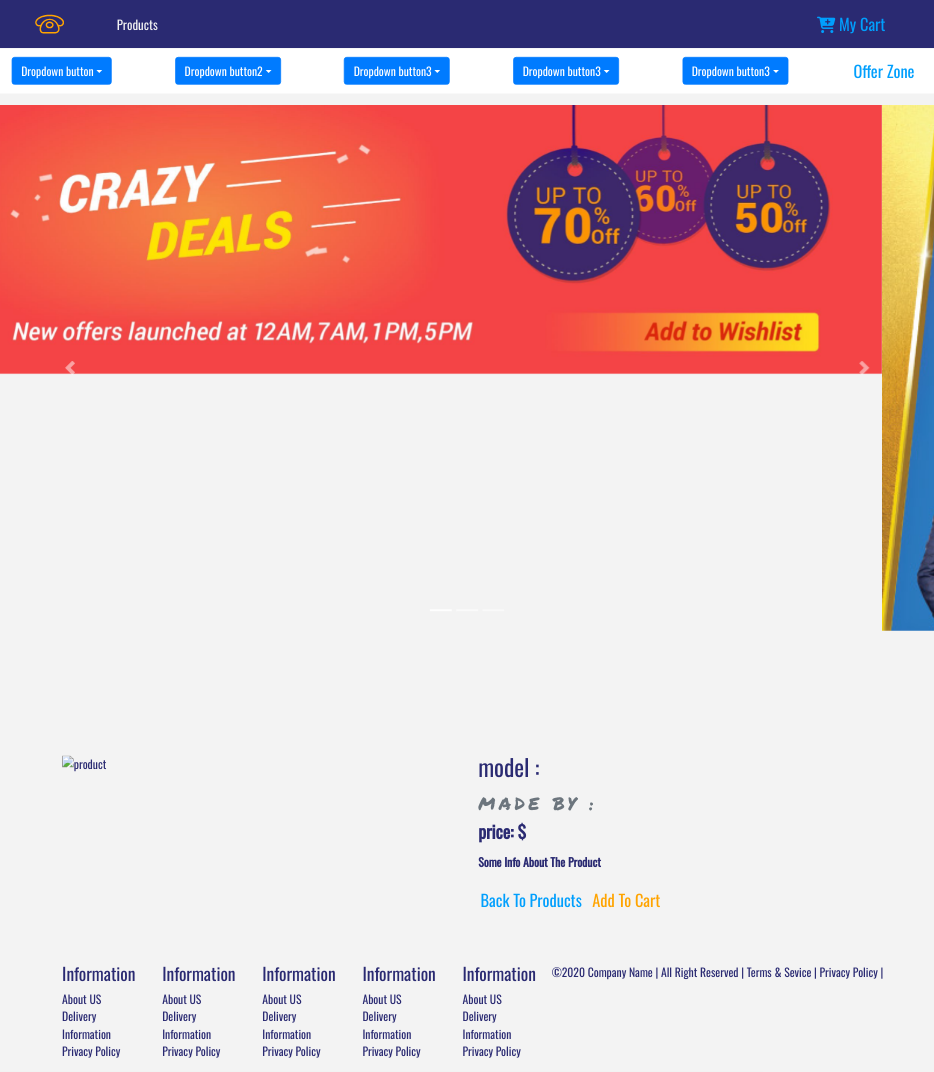
Repository: aditya1068/Online-Store
Page: /details
The author's editor kept a copy of each file at every save. The page is drawn from the files as they stood at one save, then again after the next save.
The browser window is 1280 px wide. The pictures show the whole page, at 73% of full size.
Some web libraries are served in a nearby version. The project was rebuilt for these pictures with package versions that can differ from the ones it lists, and the page was loaded fresh each time. Also part of the build but not shown: src/components/Products.js, src/components/Title.js, src/components/ProductsList.js, src/components/Cart.js, src/components/Default.js.

Above is the page before, as saved 2020-04-02 22:37:59.

### public/index.html
<!DOCTYPE html>
<html lang="en">
  <head>
    <meta charset="utf-8" />
    <link rel="icon" href="%PUBLIC_URL%/favicon.ico" />
    <meta name="viewport" content="width=device-width, initial-scale=1" />
    <meta name="theme-color" content="#000000" />
    <meta
      name="description"
      content="Web site created using create-react-app"
    />
    <link rel="apple-touch-icon" href="%PUBLIC_URL%/logo192.png" />
    <!--
      manifest.json provides metadata used when your web app is installed on a
      user's mobile device or desktop. See https://developers.google.com/web/fundamentals/web-app-manifest/
    -->
    <link rel="manifest" href="%PUBLIC_URL%/manifest.json" />
    <!--
      Notice the use of %PUBLIC_URL% in the tags above.
      It will be replaced with the URL of the `public` folder during the build.
      Only files inside the `public` folder can be referenced from the HTML.

      Unlike "/favicon.ico" or "favicon.ico", "%PUBLIC_URL%/favicon.ico" will
      work correctly both with client-side routing and a non-root public URL.
      Learn how to configure a non-root public URL by running `npm run build`.
    -->
    <!--Google Fonts-->
    <link href="https://fonts.googleapis.com/css?family=Oswald|Permanent+Marker&display=swap" rel="stylesheet">

    <!--Font Awesome-->
    <script src="https://kit.fontawesome.com/7ff98d2d13.js" crossorigin="anonymous"></script>
    <title>Store</title>
  </head>
  <body>
    <noscript>You need to enable JavaScript to run this app.</noscript>
    <div id="root"></div>
    <!--
      This HTML file is a template.
      If you open it directly in the browser, you will see an empty page.

      You can add webfonts, meta tags, or analytics to this file.
      The build step will place the bundled scripts into the <body> tag.

      To begin the development, run `npm start` or `yarn start`.
      To create a production bundle, use `npm run build` or `yarn build`.
    -->
  </body>
</html>

### src/index.js
import React from 'react';
import ReactDOM from 'react-dom';
import './index.css';
import 'bootstrap';
//import 'bootstrap/dist/css/bootstrap.css';
//import 'bootstrap/dist/js/bootstrap.js';
import App from './App';
import { BrowserRouter as Router } from 'react-router-dom';
import {ProductProvider } from './context';
import * as serviceWorker from './serviceWorker';

ReactDOM.render(
    <ProductProvider>

    <Router>
    <App/>
    </Router>

    </ProductProvider>,



 document.getElementById('root'));

// If you want your app to work offline and load faster, you can change
// unregister() to register() below. Note this comes with some pitfalls.
// Learn more about service workers: https://bit.ly/CRA-PWA
serviceWorker.unregister();

### src/App.js
import React, { Component } from "react";
import {Route,Switch} from 'react-router-dom';
import { BrowserRouter as  Router} from 'react-router-dom';
import './App.css';
import "bootstrap/dist/css/bootstrap.min.css";
import Navbar from "./components/Navbar";
import Navbar1 from "./components/Navbar1";
import ProductsList from "./components/ProductsList";
import Details from "./components/Details";
import Cart from "./components/Cart";
import Default from "./components/Default";
import Modal from './components/Modal';
import Slider from "./components/Slider";
import Footer from "./components/Footer";

class App extends Component {
  render() {
    return(

      <Router>
        <Navbar />
        <Navbar1 />
        <Slider />
          <Switch>
            <Route path ="/" exact component ={
              () => (<ProductsList></ProductsList>)
            } />

            <Route path ="/details" exact component ={
              () => (<Details></Details>)
             } />

            <Route path ="/cart" exact component ={
              () => (<Cart></Cart>)
            } />

              <Route  component ={
              () => (<Default></Default>)
            } />

              </Switch>

            <Modal />
            <Footer />
  </Router>

    );
  }
}

export default App;

### src/context.js
import React, { Component } from 'react';
import { storeProducts, detailProduct } from './data';

const ProductContext = React.createContext();
// Provider
// Consumer

class ProductProvider extends Component {
   state = {
     products: [],
     detailProduct: detailProduct,
     cart: [],
     modalOpen: false,
     modalProduct: detailProduct,
     cartSubTotal: 0,
     cartTax: 0,
     CartTotal: 0,
   };

   componentDidMount() {
     this.setProducts();
   }

   setProducts = () => {
     let tempProducts = [];
     storeProducts.forEach(item => {
       const singleItem = { ...item };
       tempProducts = [...tempProducts, singleItem];
     });
     this.setState(() => {
       return { products: tempProducts };
     });
   };

    getItem = (id) => {
      const product = this.state.products.find(item => item.id === id);
      return product;
    };

   handleDetail =(id) => {
     const product = this.getItem(id);
     this.setState(() => {
       return { detailProduct:product };
     });
   };

 addToCart =(id) => {
   let tempProducts = [...this.state.products];
   const index = tempProducts.indexOf(this.getItem(id));
   const product = tempProducts[index];
   product.inCart = true;
   product.count = 1;
   const  price  = product.price;
   product.total = price;
   this.setState(() => {
     return { products: tempProducts, cart: [...this.state.cart, product] };
   },
   () => {
     this.addTotals();
   });
 };

    openModal = id => {
      const product = this.getItem(id);
      this.setState(() => {
        return { modalProduct: product, modalOpen: true };
      });
    }

closeModal = () => {
  this.setState(() => {
    return { modalOpen: false };
  });
};

increment = (id) => {
  let tempCart = [...this.state.cart];
  const selectedProduct = tempCart.find(item=>item.id === id);

  const index = tempCart.indexOf(selectedProduct);
  const product = tempCart[index];

  product.count += 1;
  product.total = product.count * product.price;

  this.setState(() => {
    return { cart: [...tempCart] };
  },
  () => {
    this.addTotals();
  });
}

decrement = (id) => {
  let tempCart = [...this.state.cart];
  const selectedProduct = tempCart.find(item => item.id === id);

  const index = tempCart.indexOf(selectedProduct);
  const product = tempCart[index];
  product.count = product.count - 1;
  if (product.count === 0) {
    this.removeItem(id);
  } else {
    product.total = product.count * product.price;
    this.setState(() => {
      return { cart: [...tempCart] };
    },
    () => { this.addTotals(); });
  }
};

removeItem = (id) => {
  const tempProducts = [...this.state.products];
  let tempCart = [...this.state.cart];

  tempCart = tempCart.filter(item => item.id !== id);
  const index = tempProducts.indexOf(this.getItem(id));
  const removedProduct = tempProducts[index];
  removedProduct.inCart = false;
  removedProduct.Count = 0;
  removedProduct.total = 0;
  this.setState(() => {
    return {
      cart: [...tempCart],
      products: [...tempProducts],
    };
  });
}

clearCart =() => {
  this.setState(() => {
    return { cart: [] };
  }, () => {
    this.setProducts();
    this.addTotals();
  });
};

addTotals =() => {
  let subTotal = 0;
  this.state.cart.map(item => (subTotal += item.total));
  const tempTax = subTotal * .18;
  const tax = parseFloat(tempTax.toFixed(1));
  const total = subTotal + tax;
  this.setState(() => {
    return {
      cartSubTotal: subTotal,
      cartTax: tax,
      CartTotal: total,
    };
  });
};

render() {
  return (
    <ProductContext.Provider value={{
      ...this.state,
      handleDetail: this.handleDetail,
      addToCart: this.addToCart,
      openModal: this.openModal,
      closeModal: this.closeModal,
      increment: this.increment,
      decrement: this.decrement,
      removeItem: this.removeItem,
      clearCart: this.clearCart,
    }}
    >
      {this.props.children}
    </ProductContext.Provider>
  );
}
}


const ProductConsumer = ProductContext.Consumer;

export { ProductProvider, ProductConsumer };

### src/App.css
:root{
  --mainBlue: #2a2a72;
  --lightBlue: #009ffd;
  --mainWhite: #f3f3f3;
  --mainDark: #232528;
  --mainYellow: #ffa400;
}
body{
    font-family: 'Oswald', sans-serif !important;
    background: var(--mainWhite)!important;
    color: var(--mainBlue)!important ;
}
.text-title{
font-family: 'Permanent Marker', cursive;
letter-spacing: 0.3rem;
text-transform: uppercase;
}
.text-blue{
  color: var(--mainBlue);
}
.text-bright{
  color: var(--lightBlue);
}
.btn-black{
  background: transparent;
  text-transform: capitalize;
  font-size: 0.6rem !important;
  color: var(--mainDark);
  border-radius: 0 !important;
  border: 0.1rem solid var(--mainDark) !important;
}

.btn-black:hover{
  background: var(--mainDark) !important;
  color: var(--mainWhite) !important;
}

.cart-icon{
  cursor: pointer;
  font-size: 1.2rem;
  color: var(--mainYellow);
}

### src/components/Navbar.js
import React, { Component } from 'react';
import {Link} from 'react-router-dom';
import logo from "../logo.svg";
import styled from "styled-components";
import {ButtonContainer} from  './button';
export default class Navbar extends Component{
    render(){
        return(

           <NavWrapper className="navbar navbar-expand-sm navbar-dark  px-sm-5">
               { /*
                https://www.iconfinder.com/icons/1243689/call_phone_icon
                Creative Commons (Attribution 3.0 Unported);
               https://www.iconfinder.com/Makoto_msk */}
    <Link to ='/' >
     <img src={logo} alt = "store" className="navbar-brand" />
    </Link>
    <ul className= "navbar-nav align-items-center">
        <li className="nav-item ml-5">
        <Link to= "/" className= "nav-link">
            products
            </Link>
            </li>
        </ul>
        <Link to= '/Cart' className="ml-auto">

        <ButtonContainer>
            <span className ="mr-2">
                <i className="fas fa-cart-plus"></i>  my cart
                </span> </ButtonContainer>
        </Link>
            </NavWrapper>
        );
    }
}

const NavWrapper =styled.nav`
background: var(--mainBlue);
.nav-link{
    color:var(--mainWhite)!important;
    font-size: 1.1rem;
    text-transform: capitalize;
}
`;

### src/components/Details.js
import React, { Component } from 'react';
import {ProductConsumer} from '../context';
import {Link} from 'react-router-dom';
import {ButtonContainer} from './button';
export default class Details extends Component{
    render(){
        return(

            <ProductConsumer>
                {(value)=>{
                    const {id,company,img,info,price,title,inCart}=
                    value.detailProduct;
                    return(
                        <div className="container py-5">
                            {/*title */}
                            <div className="row">
                                <div className="col-10 mx-auto text-center text-slanted text-blue my-5">
                                    <h1>{title}</h1>
                                    </div>
                            </div>

                            {/*end title */}
                            {/*Product info */}
                            <div className="row">
                                <div className="col-10 mx-auto col-md-6 my-3">

                                 <img src={img} className="img-fluid" alt="product"/>
                                </div>
                                {/* Product text */}
                                <div className="col-10 mx-auto col-md-6 my-3  text-capitalise">
                                    <h2>model :{title}</h2>
                                    <h4  className="text-title text-upercase text-muted mt-3 mb-2">
                                   made by : <span className="text-uppercase">
                                       {company}</span>  </h4>
                                       <h4 className="text-blue">
                                           <strong>
                                               price: <span>$</span>
                                          {price}
                                           </strong>
                                  </h4>
                                <p className="text-capitalize font-weight-bold mt-3 mb-0">
                                    some info about the product
                                </p>
                                <p className="text-muted lead">{info}</p>
                                {/* buttons */}
                                <div>
                                    <Link to="/">
                                        <ButtonContainer>back to products</ButtonContainer>
                                    </Link>
                                    <ButtonContainer cart
                                     disabled={inCart ? true : false}
                                     onClick={()=>{
                                        value.addToCart(id);
                                        value.openModal(id);
                                     }}
                                     >
                                        {inCart ? "inCart": "add to cart"}
                                    </ButtonContainer>

                                </div>
                            </div>
                        </div>
                        </div>
                    );
                }}

            </ProductConsumer>

        );
    }

}

### src/components/Modal.js
import React, { Component } from 'react'
import styled from 'styled-components';
import {ProductConsumer} from '../context';
import {ButtonContainer } from './button';
import {Link} from "react-router-dom";


export default class  extends Component {
    render() {
        return (
            <ProductConsumer>
                {(value) => {
                    const {modalOpen,closeModal} = value;
                    const {img,title,price} = value.modalProduct;

                    if(!modalOpen){
                        return null;
                    }

                    else{
                return (
                <ModalContainer>
    <div className="container">
    <div className="row">
      <div id="modal" className= "col-8 mx-auto col-md-6 col-lg-4 text-center text-capitalize">
    <h5>item added to the cart</h5>
    <img src={img} className="img-fluid" alt="product" />
    <h5>{title}</h5>
    <h5 className= "text-muted">price : $ {price} </h5>
    <Link to ='/'>
        <ButtonContainer onClick={()=>closeModal()}>
            continue Shopping
        </ButtonContainer>
    </Link>
    <Link to ='/cart'>
        <ButtonContainer cart onClick={()=>closeModal()}>
            go to Cart
        </ButtonContainer>
    </Link>
    </div>
    </div> </div>
                        </ModalContainer>
                        );

                }
            }}
            </ProductConsumer>
        );
    }
}

const ModalContainer = styled.div`
position:fixed;
top: 0;
left: 0;
right: 0;
bottom: 0;
background: rgba(0,0,0,0.3);
display: flex;
align-items: center;
justufy-content: center;
#modal{
    background: var(--mainWhite);
}
`;

### src/components/Slider.js
import React, { Component } from 'react'
import Carousel from 'react-bootstrap/Carousel'
//import Carousel from 'react-multi-carousel';
import 'react-multi-carousel/lib/styles.css';
import {Link} from 'react-router-dom';

export default class Slider extends Component {
    render() {
        return (
            <div>
                <Carousel>
  <Carousel.Item>
    <img
      className="d-block w-100"
      src="img/slider1.jpg"
      alt="First slide"
    />
    <Carousel.Caption>
      <h3></h3>
      <p></p>
    </Carousel.Caption>
  </Carousel.Item>
  <Carousel.Item>
    <img
      className="d-block w-100"
      src="img/slider2.jpg"
      alt="Second slide"
    />

    <Carousel.Caption>

    </Carousel.Caption>
  </Carousel.Item>
  <Carousel.Item>
    <img
      className="d-block w-100"
      src="img/slider3.jpg"
      alt="Third slide"
    />


  </Carousel.Item>
</Carousel>
            </div>
        )
    }
}

### src/components/Footer.js
import React, { Component } from 'react';

export default class Footer extends Component {
    render() {
      return (
          <div className="main-footer">
              <div className= "container">
              <div className= "row">
                  {/* column1 */}
                  <div className= "col">
                      <h4>Information</h4>
                      <ul className="list-unstyled">
                          <li>About US</li>
                          <li>Delivery Information</li>
                          <li>Privacy Policy</li>
                      </ul>
                  </div>
                  {/* column2 */}
                  <div className= "col">
                      <h4>Information</h4>
                      <ul className="list-unstyled">
                          <li>About US</li>
                          <li>Delivery Information</li>
                          <li>Privacy Policy</li>
                      </ul>
                  </div>
                  {/* column3 */}
                  <div className= "col">
                      <h4>Information</h4>
                      <ul className="list-unstyled">
                          <li>About US</li>
                          <li>Delivery Information</li>
                          <li>Privacy Policy</li>
                      </ul>
                  </div>
                  {/*column 4 */}
                  <div className= "col">
                      <h4>Information</h4>
                      <ul className="list-unstyled">
                          <li>About US</li>
                          <li>Delivery Information</li>
                          <li>Privacy Policy</li>
                      </ul>
                  </div>
                  {/*column 5 */}
                  <div className= "col">
                      <h4>Information</h4>
                      <ul className="list-unstyled">
                          <li>About US</li>
                          <li>Delivery Information</li>
                          <li>Privacy Policy</li>
                      </ul>
                  </div>
                  <div className="row">
                      <p className="col-sm">
                          &copy;{(new Date().getFullYear())} Company Name | All Right Reserved | Terms & Sevice | Privacy Policy |
                      </p>
                  </div>
                  </div>
              </div>
          </div>
      )
      }}

### src/components/button.js
import styled from "styled-components"



export const ButtonContainer = styled.button`
text-transform:capitalize;
font-size:1.4rem;
background: transparent;
border: 0.05 rem solid var(--lightBlue);
color: var(--lightBlue);
border-color: ${props => (props.cart? "var(--mainYellow)": "var--(lightBlue)")};
color ${prop => prop.cart ? "var(--mainYellow)": "var--(lightBlue)"};
border-radius: 0.5rem;
padding:0.2rem;
cursor:pointer;
margin:0.2rem 0.5rem 0.2rem 0;
transition:all 0.5s ease-in-out;
&:hover: {
    background:${prop => prop.cart ? "var(--mainYellow)": "var--(lightBlue)"};
    color:var(--mainBlue);
}
&:focus{
    outLine: none;
}
`;

Loaded but not shown: src/index.css (common file); src/serviceWorker.js (common file); src/data.js (99 lines, source omitted); src/components/Navbar1.js (88 lines, source omitted)

After the next save:
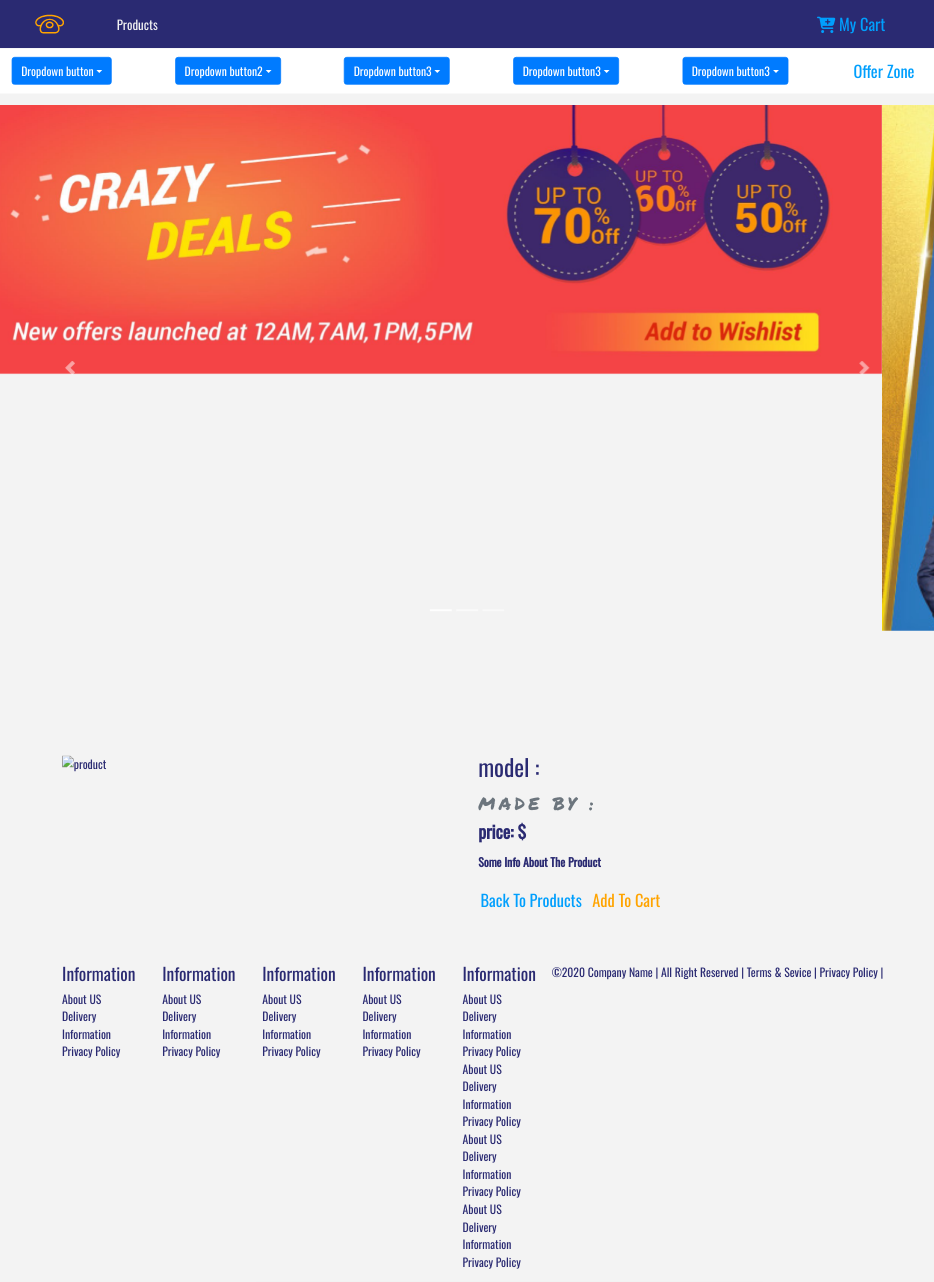
Saved 33 s later.
--- a/src/components/Footer.js
+++ b/src/components/Footer.js
@@ -49,6 +49,16 @@ export default class Footer extends Component {
                           <li>About US</li>
                           <li>Delivery Information</li>
                           <li>Privacy Policy</li>
+                          <li>About US</li>
+                          <li>Delivery Information</li>
+                          <li>Privacy Policy</li>
+                          <li>About US</li>
+                          <li>Delivery Information</li>
+                          <li>Privacy Policy</li>
+                          <li>About US</li>
+                          <li>Delivery Information</li>
+                          <li>Privacy Policy</li>
+
                       </ul>
                   </div>
                   <div className="row">
